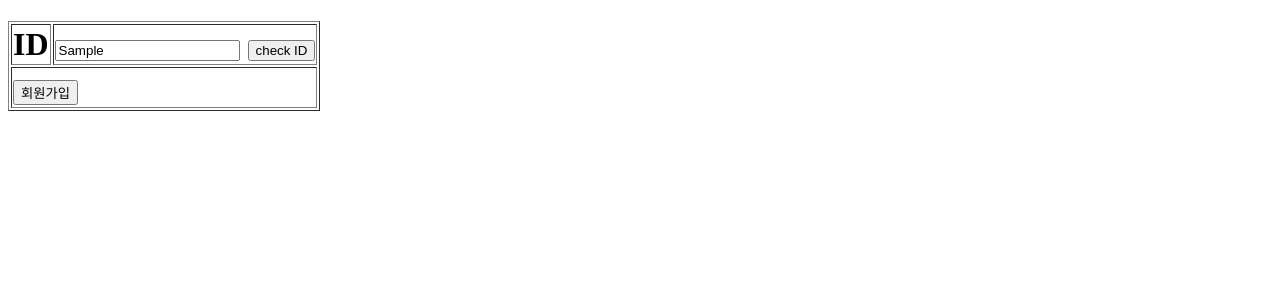
Repository: siucrystal/siuproject
Page: http://localhost/myweb/idcheck.jsp
An editor plug-in stored every save of this project. The page is shown before and after the next save, followed by the edit.
The browser window is 1280 px wide. The pictures show the whole page.
Empty fields were first filled with sample values (such as "Sample", 5 or name@example.com).
After loading, the first visible `#checkBtn` was clicked once.
The page is served by Tomcat 9. Other server files are loaded and not shown. Queries for data that is not in the repository find no rows.

Above is the page before, as saved 2023-09-19 02:54:43.
Console error: ReferenceError: rsponse is not defined

### jspws/myweb/src/main/webapp/idcheck.jsp
<%@ page language="java" contentType="text/html; charset=UTF-8"
    pageEncoding="UTF-8"%>
<!DOCTYPE html>
<html>
<head>
<script type="text/javascript" src="http://code.jquery.com/jquery-3.5.1.min.js"></script>
<script>
	function getMemberAjax(id) {
		$.ajax({
			contentType : 'application/json',
			type: 'GET',
			url: 'getMemberjson.jsp',
			data: {id:id},
			dataType: 'json',
			success: function(response) {
				console.log(response); // {rs: '1'}
				if(rsponse['rs'] === '0') {
					$('#use').show();
					$('#notuse').hide();
				}else{
					$('#notuse').show();
					$('#use').hide();
				}
			},
			error : function(xhr, status, error) {
				console.log(xhr, status, error);
			}
		});
	}

	$(function name(){
		$('#notuse, #use').hide();
		$('#checkBtn').on('click',function(){
			getMemberAjax($('#id').val());
		});
	})
</script>
<meta charset="UTF-8">
<title>test idcheck</title>
</head>
<body>
<h1>
	<form name="joinForm" action="getMemberjson.jsp" method="post">
		<table border="1">
			<tr><th>ID</th>
			<td><input type="text" name="id" id="id">
			<input type="button" value="check ID" id="checkBtn">
			</td></tr>
			<tr id="notuse"><td colspan="2">존재하는 ID 입니다</td></tr>
			<tr id="use"><td colspan="2">사용가능한 ID 입니다</td></tr>
			<tr><td colspan="2"><input type="submit" value="회원가입"></td></tr>
		</table>
	</form>
</h1>
</body>
</html>

### jspws/myweb/src/main/webapp/getMemberjson.jsp
<%@page import="com.google.gson.JsonObject"%>
<%@page import="member.MemberDAO"%>
<%@page import="member.MemberDTO"%>
<%@ page language="java" contentType="text/html; charset=UTF-8"
    pageEncoding="UTF-8"%>
<%
	String id = request.getParameter("id");
	MemberDTO dto = new MemberDTO();
	dto.setId(id);
	MemberDAO dao = new MemberDAO();
	dto = dao.getMember(dto);
	String rs = "0";
	if(dto != null) {
		rs = "1";
	}

	// response.sendRedirect("idcheck.jsp?rs=" + rs);

	JsonObject jsonObject = new JsonObject();
	jsonObject.addProperty("rs", rs);
%>
<%=jsonObject%>

### jspws/myweb/src/main/java/member/MemberDTO.java
package member;

public class MemberDTO {
	private String idx, id, pw, name, regdate;
	private int age;

	public MemberDTO() {
	}

	public MemberDTO(String idx, String id, String pw, String name, int age, String regdate) {
		super();
		this.idx = idx;
		this.id = id;
		this.pw = pw;
		this.name = name;
		this.age = age;
		this.regdate = regdate;
	}

	public MemberDTO(String id, String pw, String name, int age) {
		this.id = id;
		this.pw = pw;
		this.name = name;
		this.age = age;
	}

	public String getIdx() {
		return idx;
	}

	public void setIdx(String idx) {
		this.idx = idx;
	}

	public String getId() {
		return id;
	}

	public void setId(String id) {
		this.id = id;
	}

	public String getPw() {
		return pw;
	}

	public void setPw(String pw) {
		this.pw = pw;
	}

	public String getName() {
		return name;
	}

	public void setName(String name) {
		this.name = name;
	}

	public int getAge() {
		return age;
	}

	public void setAge(int age) {
		this.age = age;
	}

	public String getRegdate() {
		return regdate;
	}

	public void setRegdate(String regdate) {
		this.regdate = regdate;
	}

	@Override
	public String toString() {
		return "회원번호: " + idx + ", ID: " + id + ", 비밀번호: " + pw + ", 이름: " + name + ", 나이: " + age + ", 가입날짜: " + regdate;
	}
}

### jspws/myweb/src/main/java/member/MemberDAO.java
package member;

import java.sql.Connection;
import java.sql.DriverManager;
import java.sql.PreparedStatement;
import java.sql.ResultSet;
import java.text.SimpleDateFormat;
import java.util.ArrayList;
import java.util.List;

public class MemberDAO {
	private Connection getConnection() {
		Connection conn = null;
		String driver = "com.mysql.cj.jdbc.Driver";
		try {
			Class.forName(driver);

			String url = "jdbc:mysql://localhost:3306/kdigital2307?ServerTimezone=UTC";
			String user = "root";
			String password = "rpass";

			conn = DriverManager.getConnection(url, user, password);
			System.out.print("Conn OK!! <br>");
		} catch (Exception e) {
			e.printStackTrace();
		}
		return conn;
	}

	private void close(Connection conn, PreparedStatement pstmt, ResultSet rs) {
		try {
			if (rs != null) rs.close();
			if (pstmt != null) pstmt.close();
			if (conn != null) conn.close();
		} catch (Exception e) {
			e.printStackTrace();
		}
	}

	private void close(Connection conn, PreparedStatement pstmt) {
		try {
			if (pstmt != null) pstmt.close();
			if (conn != null) conn.close();
		} catch (Exception e) {
			e.printStackTrace();
		}
	}


	public List<MemberDTO> getMemberList() {
		Connection conn = null;
		PreparedStatement pstmt = null;
		ResultSet rs = null;
		List<MemberDTO> list = new ArrayList<MemberDTO>();

		try {
			conn = getConnection();

			String sql = "select * from member order by idx desc";
			pstmt = conn.prepareStatement(sql);

			rs = pstmt.executeQuery();
			while (rs.next()) {
				String idx = rs.getString("idx");
				String id = rs.getString("id");
				String pw = rs.getString("pw");
				String name = rs.getString("name");
				int age = rs.getInt("age");
				String regdate = rs.getString("regdate");

				MemberDTO dto = new MemberDTO(idx, id, pw, name, age, regdate);
				list.add(dto);
			}
		} catch (Exception e) {
			e.printStackTrace();
		} finally {
			close(conn, pstmt, rs);
		}
		return list;
	} // End

	public MemberDTO getMember(MemberDTO dto) {
		Connection conn = null;
		PreparedStatement pstmt = null;
		ResultSet rs = null;
		MemberDTO retDto = null;

		try {
			conn = getConnection();

			String sql = "select pw, name, age from member where id = ?";
			pstmt = conn.prepareStatement(sql);
			pstmt.setString(1, dto.getId());

			rs = pstmt.executeQuery();
			while (rs.next()) {
				String id = dto.getId();
				String pw = rs.getString("pw");
				String name = rs.getString("name");
				int age = rs.getInt("age");

				retDto = new MemberDTO(id, pw, name, age);
			}
		} catch (Exception e) {
			e.printStackTrace();
		} finally {
			close(conn, pstmt, rs);
		}
		return retDto;
	} // End

	public int insert(MemberDTO dto) {
		Connection conn = null;
		PreparedStatement pstmt = null;
		int rs = 0;

		try {
			conn = getConnection();

			String sql = "insert into member(id, pw, name, age) values (?, ?, ?, ?)";
			pstmt = conn.prepareStatement(sql);
			pstmt.setString(1, dto.getId());
			pstmt.setString(2, dto.getPw());
			pstmt.setString(3, dto.getName());
			pstmt.setInt(4, dto.getAge());

			rs = pstmt.executeUpdate();

		} catch (Exception e) {
			e.printStackTrace();
		} finally {
			close(conn, pstmt);
		}
		return rs;
	} // End

	public int update(MemberDTO dto) {
		Connection conn = null;
		PreparedStatement pstmt = null;
		int rs = 0;

		try {
			conn = getConnection();

			String sql = "update member set pw = ?, name = ?, age = ? where id = ?";
			pstmt = conn.prepareStatement(sql);
			pstmt.setString(1, dto.getPw());
			pstmt.setString(2, dto.getName());
			pstmt.setInt(3, dto.getAge());
			pstmt.setString(4, dto.getId());

			rs = pstmt.executeUpdate();

		} catch (Exception e) {
			e.printStackTrace();
		} finally {
			close(conn, pstmt);
		}
		return rs;
	}

	public int delete(MemberDTO dto) {
		Connection conn = null;
		PreparedStatement pstmt = null;
		int rs = 0;

		try {
			conn = getConnection();

			String sql = "delete from member where id = ?";
			pstmt = conn.prepareStatement(sql);
			pstmt.setString(1, dto.getId());

			rs = pstmt.executeUpdate();

		} catch (Exception e) {
			e.printStackTrace();
		} finally {
			close(conn, pstmt);
		}
		return rs;
	}
}

After the next save:
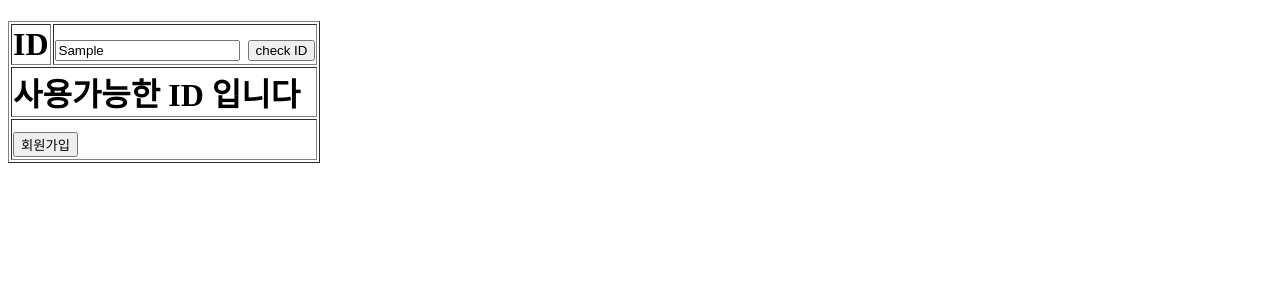
The error is gone.
Saved 11 s later.
--- a/jspws/myweb/src/main/webapp/idcheck.jsp
+++ b/jspws/myweb/src/main/webapp/idcheck.jsp
@@ -14,7 +14,7 @@
 			dataType: 'json',
 			success: function(response) {
 				console.log(response); // {rs: '1'}
-				if(rsponse['rs'] === '0') {
+				if(response['rs'] === '0') {
 					$('#use').show();
 					$('#notuse').hide();
 				}else{
